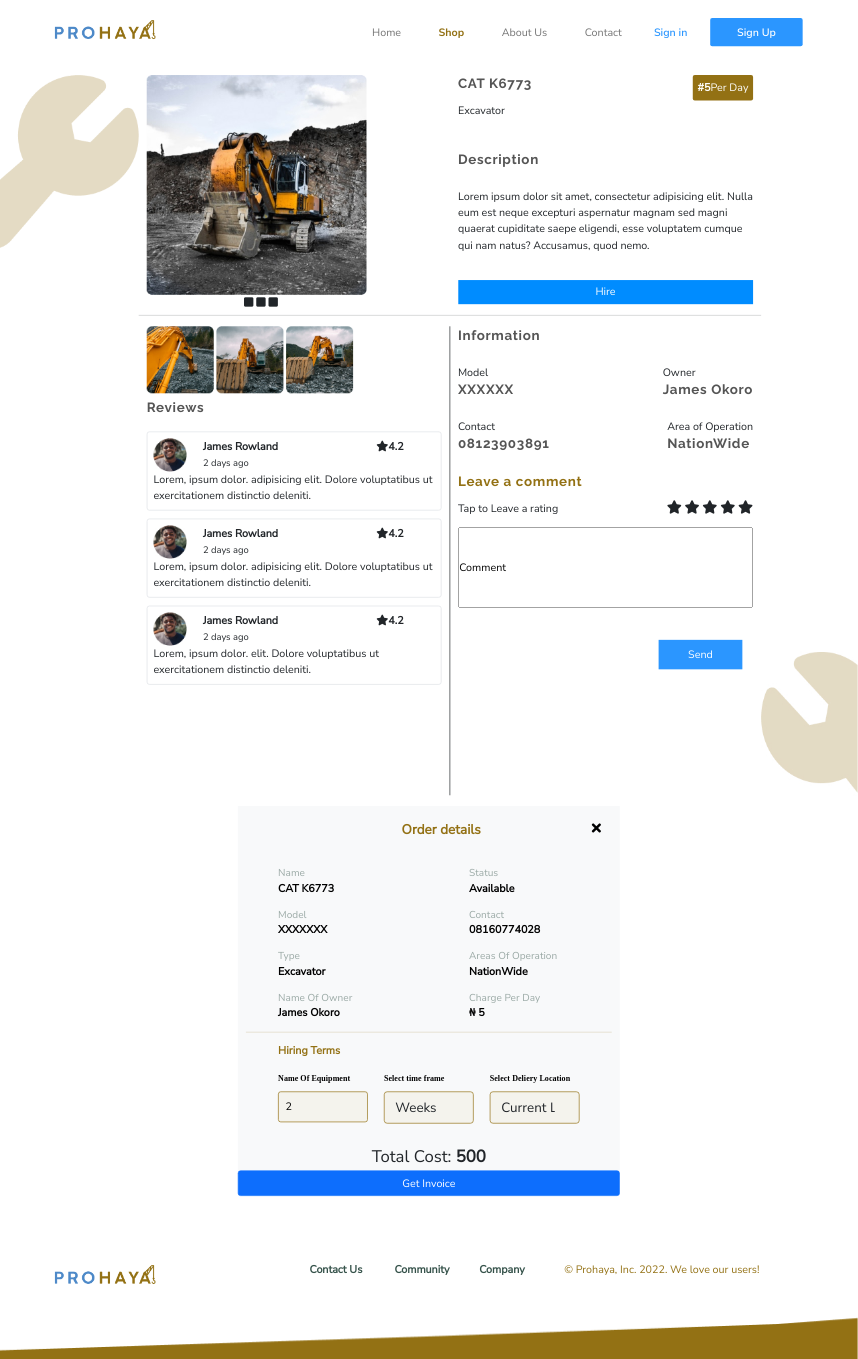
Repository: stormcelltech/Prohaya-UI
Page: equipdetails.html
These files come from the project's save history. The page is drawn as it stood at one moment and after the next save; the edit follows.
The browser window is 1280 px wide. The pictures show the whole page, at 67% of full size.
Some web libraries are served in a nearby version.

Above is the page before, as saved 2022-04-20 10:30:45.
Console error: TypeError: $(...).owlCarousel is not a function

### equipdetails.html
<!DOCTYPE html>
<html lang="en">
<head>
    <meta charset="UTF-8">
    <meta http-equiv="X-UA-Compatible" content="IE=edge">
    <meta name="viewport" content="width=device-width, initial-scale=1.0">
    <title>Equipment Details</title>
    <script src="./assets/js/jquery-3.6.0.js"></script>
    <script src="./assets/bootstrap/dist/js/bootstrap.bundle.js"></script>
    <link rel="stylesheet" href="assets/bootstrap/dist/css/bootstrap.css">
    <link rel="stylesheet" href="./assets/css/custom.css">
    <link rel="stylesheet" href="./assets/css/carousel.css">
    <script src="https://kit.fontawesome.com/151ccf5101.js" crossorigin="anonymous"></script>
    <link rel="stylesheet" href="assets/fontawesome/css/all.css">

</head>

<body>
    <nav class="navbar navbar-expand-lg navbar-light custom-navWidth bg-light">
        <div class="container">
            <a class="navbar-brand" href="#"><img src="assets/img/logo/logo.png" class="logo" alt=""></a>
            <button class="navbar-toggler" type="button" data-bs-toggle="collapse" data-bs-target="#navbarSupportedContent" aria-controls="navbarSupportedContent" aria-expanded="false" aria-label="Toggle navigation">
            <span class="navbar-toggler-icon"></span>
          </button>
            <div class="collapse navbar-collapse" id="navbarSupportedContent">
                <ul class="navbar-nav custom-nav-link ms-auto mb-2 mb-lg-0">
                    <li class="nav-item">
                        <a class="nav-link" aria-current="page" href="#">Home</a>
                    </li>
                    <li class="nav-item">
                        <a class="nav-link active custom-active" href="shop.html">Shop</a>
                    </li>

                    <li class="nav-item">
                        <a class="nav-link" href="#">About Us</a>
                    </li>

                    <li class="nav-item">
                        <a class="nav-link" href="#">Contact</a>
                    </li>
                </ul>
                <div class="custom-nav-btn-container">
                    <a href="login.html" class="signin-link">Sign in</a>
                    <a href="signup.html" class="custom-btn-primary">Sign Up</a>
                </div>
            </div>
        </div>
    </nav>




        <div class="equip-detail py-3">
           <div class="flexend"> <!--row-->
                <div class="spann">  <!--col col-md-2 col-sm-12 -->
                   <img src="./assets/img/background/Vector.png" alt="">
                </div>

              <div class="equipmain "> <!--col col-md-8 col-sm-12 -->
                <div class="container">
                    <div class="row">
                         <div class="img-main col col-sm-12 col-md-6">
                             <img src="./assets/img/background/unsplash_1je5j4aN2RI.jpg">
                              <div class="dots">
                                <i class="fa-solid fa-square"></i>
                                <i class="fa-solid fa-square"></i>
                                <i class="fa-solid fa-square"></i>
                              </div>
                         </div>
                         <div class="col col-md-6 col-sm-12">
                            <div class="direct">
                                <div class="left">
                                    <h4><strong>CAT K6773</strong></h4>
                                    <p>Excavator</p>
                                </div>
                                <div class="right">
                                      <button class="mybtn" style="color: white;"><strong>#5</strong>Per Day</button>
                                </div>
                            </div>
                            <div class="text-area py-3">
                                <h4 class="py-3"><strong>Description</strong></h4>
                                <p class="pb-4">Lorem ipsum dolor sit amet, consectetur adipisicing elit.
                                   Nulla eum est neque excepturi aspernatur magnam sed magni
                                   quaerat cupiditate saepe eligendi, esse voluptatem cumque
                                   qui nam natus? Accusamus, quod nemo.</p>
                                   <div class="mybtn">Hire</div>
                            </div>
                         </div>
                    </div>
                    <div class="two">


                        <div class="row flex">
                            <hr>
                            <div class="left col col-md-6 col-sm-12">
                               <img src="./assets/img/background/unsplash_fO58WAxzE68.jpg" alt="">
                               <img src="./assets/img/background/unsplash_hGncIpZnSBw.jpg" alt="">
                               <img src="./assets/img/background/unsplash_WoZs8gGyQBY.jpg" alt="">
                               <h4 class="py-2"><strong>Reviews</strong></h4>
                               <div class="border">
                                   <div class="row ">
                                       <div class="col col-md-2 col-sm-12"><img src="./assets/img/background/unsplash_2EGNqazbAMk.jpg" alt="" style="width:50px ;"></div>
                                       <div class="col col-md-7 col-sm-12"><strong>James Rowland</strong><br><span class="primary"><small>2 days ago</small></span></div>
                                       <div class="col col-md-3 col-sm-12"><i class="fa-solid fa-star"></i><strong>4.2</strong></div>
                                   </div>
                                    Lorem, ipsum dolor. adipisicing elit. Dolore voluptatibus ut exercitationem distinctio deleniti.
                               </div>
                               <div class="border">
                                   <div class="row ">
                                       <div class="col col-md-2 col-sm-12"><img src="./assets/img/background/unsplash_2EGNqazbAMk.jpg" alt="" style="width:50px ;"></div>
                                       <div class="col col-md-7 col-sm-12"><strong>James Rowland</strong><br><span><small>2 days ago</small></span></div>
                                       <div class="col col-md-3 col-sm-12"><i class="fa-solid fa-star"></i><strong>4.2</strong></div>
                                   </div>
                                   Lorem, ipsum dolor. adipisicing elit. Dolore voluptatibus ut exercitationem distinctio deleniti.
                               </div>
                               <div class="border">
                                   <div class="row ">
                                       <div class="col col-md-2 col-sm-12"><img src="./assets/img/background/unsplash_2EGNqazbAMk.jpg" alt="" style="width:50px ;"></div>
                                       <div class="col col-md-7 col-sm-12"><strong>James Rowland</strong><br><span><small>2 days ago</small></span></div>
                                       <div class="col col-md-3 col-sm-12"><i class="fa-solid fa-star"></i><strong>4.2</strong></div>
                                   </div>
                                  Lorem, ipsum dolor. elit. Dolore voluptatibus ut exercitationem distinctio deleniti.
                               </div>
                            </div>

                            <div class="right col col-md-6 col-sm-12">
                                <h4><strong>Information</strong></h4>
                                <div class="flex-item pt-3">
                                    <div class="one">Model<h4><strong>XXXXXX</strong></h4></div>
                                    <div class="two">Owner<h4><strong>James Okoro</strong></h4></div>
                                </div>
                                <div class="flex-item pt-3">
                                    <div class="one">Contact<h4><strong>08123903891</strong></h4></div>
                                    <div class="two">Area of Operation<h4><strong>NationWide</strong></h4></div>
                                </div>
                                <h4 class="pt-3" style="color: #937114;"><strong>Leave a comment</strong></h4>
                                <div class="star-area">
                                    <div class="rate"><p>Tap to Leave a rating</p></div>
                                    <div class="rate">
                                        <i class="fa-solid fa-star"></i>
                                        <i class="fa-solid fa-star"></i>
                                        <i class="fa-solid fa-star"></i>
                                        <i class="fa-solid fa-star"></i>
                                        <i class="fa-solid fa-star"></i>
                                    </div>
                                </div>
                                <form class="equip-detail-form">
                                    <input type="text" id="fname" name="firstname" placeholder="Comment">
                                </form>
                                <button class="mybttn mt-5">Send</button>

                            </div>


                        </div>


                   </div>
                </div>

              </div>

                <div class="spa"> <!--col col-md-2 col-sm-12ss-->
                    <img src="./assets/img/background/Vector.jpg" alt="">
                </div>
           </div>
        </div>






    <section class="">
        <div class="container">
            <div class="row  justify-content-center">
                <div class="col-6 bg-light m-auto">
                    <div class="row  custom-order px-3">
                        <div class="col-8 my-4"><span class="custom-det my-4">Order details</span></div>
                        <div class="col-4 my-4 d-none d-lg-block"><a href="#"><i class="fas fa-xmark custom-xmark "></i></a></div>
                    </div>
                    <div class="row my-3">
                        <div class="col-6">
                            <div class="row px-5 text-start">
                                <span class="custom-name-span">Name</span>
                                <span class="custom-cat-span ">CAT K6773</span>
                            </div>
                        </div>
                        <div class="col-6">
                            <div class="row px-5 text-start">
                                <span class="custom-name-span">Status</span>
                                <span class="custom-cat-span">Available</span>
                            </div>
                        </div>
                    </div>
                    <div class="row my-3">
                        <div class="col-6">
                            <div class="row px-5 text-start">
                                <span class="custom-name-span">Model</span>
                                <span class="custom-cat-span">XXXXXXX</span>
                            </div>
                        </div>
                        <div class="col-6">
                            <div class="row px-5 text-start">
                                <span class="custom-name-span">Contact</span>
                                <span class="custom-cat-span">08160774028</span>
                            </div>
                        </div>
                    </div>
                    <div class="row my-3">
                        <div class="col-6">
                            <div class="row px-5 text-start">
                                <span class="custom-name-span">Type</span>
                                <span class="custom-cat-span">Excavator</span>
                            </div>
                        </div>
                        <div class="col-6">
                            <div class="row px-5 text-start">
                                <span class="custom-name-span">Areas Of Operation</span>
                                <span class="custom-cat-span">NationWide</span>
                            </div>
                        </div>
                    </div>
                    <div class="row my-3">
                        <div class="col-6">
                            <div class="row px-5 text-start">
                                <span class="custom-name-span">Name Of Owner</span>
                                <span class="custom-cat-span">James Okoro</span>
                            </div>
                        </div>
                        <div class="col-6">
                            <div class="row px-5 text-start">
                                <span class="custom-name-span">Charge Per Day</span>
                                <span class="custom-cat-span">₦ 5</span>
                            </div>
                        </div>
                    </div>

                    <div>
                        <hr class="custom-hr-color">
                    </div>
                    <div class="row my-3">
                        <div class="col-12">
                            <div class="row px-5 text-start">
                                <span class="custom-terms">Hiring Terms</span>
                            </div>
                        </div>
                    </div>
                    <form action="">
                        <div class="row my-3 px-5">
                            <div class="col-4">
                                <div class=" ">
                                    <label for="exampleFormControlInput1" class="form-label custom-entry">Name Of Equipment</label>
                                    <input type="text" class="form-control custom-deliver" id="exampleFormControlInput1" placeholder="2">
                                </div>
                            </div>
                            <div class="col-4">
                                <div class="">
                                    <label for="exampleFormControlInput1" class="form-label custom-entry">Select time frame</label>
                                    <select class="form-select custom-delivery form-select-lg mb-3" aria-label=".form-select-lg example">
                                        <option selected>Weeks</option>
                                        <option value="1">1</option>
                                        <option value="2">2</option>
                                        <option value="3">3</option>
                                      </select>
                                </div>
                            </div>
                            <div class="col-4">
                                <div class="">
                                    <label for="exampleFormControlInput1" class="form-label custom-entry">Select Deliery Location</label>
                                    <select class="form-select custom-delivery form-select-lg mb-3" aria-label=".form-select-lg example">
                                        <option selected>Current Location</option>
                                        <option value="1">Port Harcourt</option>
                                        <option value="2">Lagos</option>
                                        <option value="3">Abuja</option>
                                      </select>
                                </div>
                            </div>
                        </div>
                        <div class="row ">
                            <span class="text-center custom-cost">Total Cost: <strong>500</strong></span>
                        </div>
                        <div class="row">
                            <button type="submit" class="btn btn-primary">Get Invoice</button>
                        </div>
                    </form>



                </div>
            </div>
        </div>

    </section>




    <footer class="footer-settings">
        <div class="container">
            <div class="row mt-5">
                <div class="col-md-12">
                    <div class="row">
                        <div class="col-md-4">
                            <div class="logo-brand">
                                <img src="./assets/img/logo/logo.png" alt="">
                            </div>
                        </div>
                        <div class="col-md-4">
                            <div class="col-md-12">
                                <div class="row">
                                    <div class="col-md-4">
                                        <a href="#" class="footer-link">Contact Us</a>
                                    </div>
                                    <div class="col-md-4">
                                        <a href="#" class="footer-link">Community</a>
                                    </div>
                                    <div class="col-md-4">
                                        <a href="#" class="footer-link">Company</a>
                                    </div>
                                </div>
                            </div>
                        </div>
                        <div class="col-md-4">
                            <div class="footer-copyright">
                                © Prohaya, Inc. 2022. We love our users!
                            </div>
                        </div>
                    </div>
                </div>
            </div>


        </div>

    </footer>

    <div class="footer-cover">
    </div>









    <script src="./assets/js/slider.js"></script>

</body>
</html>

Loaded but not shown: assets/js/jquery-3.6.0.js (library); assets/bootstrap/dist/js/bootstrap.bundle.js (library); assets/bootstrap/dist/css/bootstrap.css (library); assets/fontawesome/css/all.css (library); assets/js/slider.js (95 lines, source omitted); assets/css/custom.css (1457 lines, source omitted); assets/css/carousel.css (558 lines, source omitted)

After the next save:
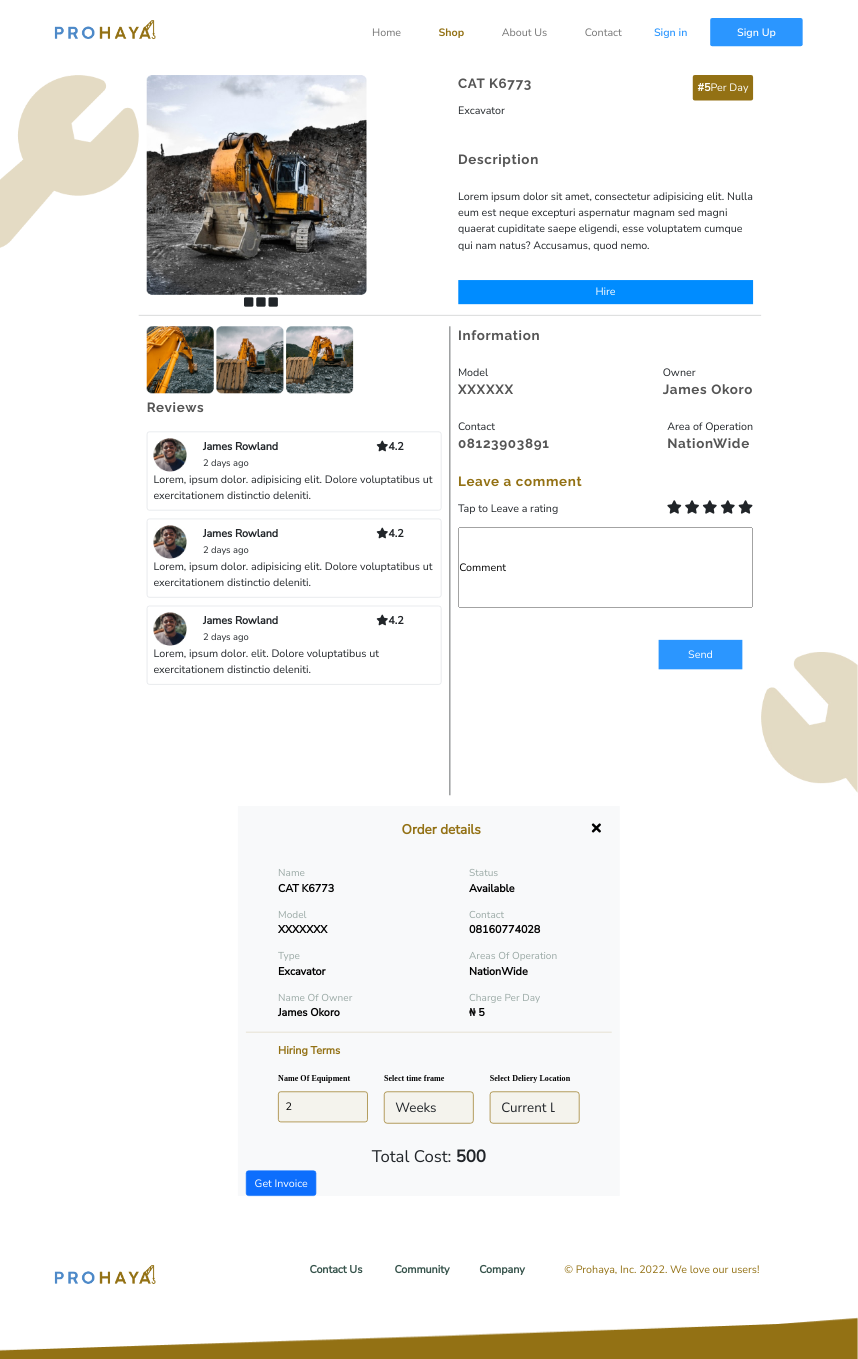
Saved 46 s later.
--- a/equipdetails.html
+++ b/equipdetails.html
@@ -281,7 +281,10 @@
                             <span class="text-center custom-cost">Total Cost: <strong>500</strong></span>
                         </div>
                         <div class="row">
-                            <button type="submit" class="btn btn-primary">Get Invoice</button>
+                            <div class="col-6">
+                                <button type="submit" class="btn btn-primary">Get Invoice</button>
+                            </div>
+
                         </div>
                     </form>
 
